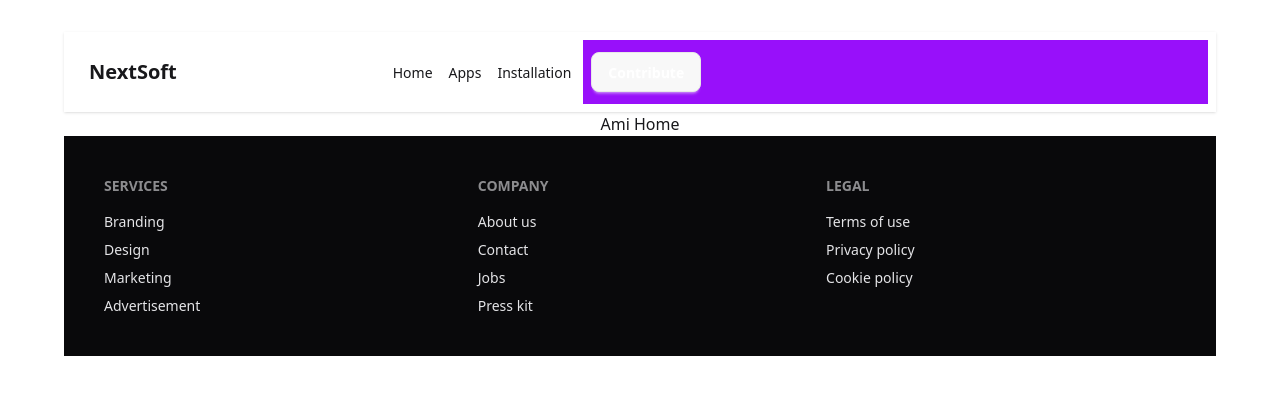
Repository: chayanatik1994/NextSoft
Page: /
The author's editor kept a copy of each file at every save. The page is drawn from the files as they stood at one save, then again after the next save.
The browser window is 1280 px wide. The pictures show the whole page.
The project was rebuilt for these pictures with package versions that can differ from the ones it lists, and the page was loaded fresh each time. Also part of the build but not shown: vite.config.js, src/App.jsx, src/Pages/ErrorPage/ErrorPage.jsx.

Above is the page before, as saved 2025-10-11 03:30:50.

### index.html
<!doctype html>
<html lang="en">
  <head>
    <meta charset="UTF-8" />
    <link rel="icon" type="image/svg+xml" href="/vite.svg" />
    <meta name="viewport" content="width=device-width, initial-scale=1.0" />
    <title>nextsoft</title>
  </head>
  <body>
    <div id="root"></div>
    <script type="module" src="/src/main.jsx"></script>
  </body>
</html>

### src/main.jsx
import { StrictMode } from 'react'
import { createRoot } from 'react-dom/client'
import './index.css'
import App from './App.jsx'
import { router } from './Routes/Routes.jsx'
import { RouterProvider } from 'react-router';

createRoot(document.getElementById('root')).render(
  <StrictMode>
    <RouterProvider router={router} />
  </StrictMode>
)

### src/Routes/Routes.jsx
import React from 'react';
import {
  createBrowserRouter,
} from 'react-router';
import Root from '../Pages/Root/Root';
import ErrorPage from '../Pages/ErrorPage/ErrorPage';
import Home from '../Pages/Home/Home';

export const router = createBrowserRouter([
  {
    path: "/",
    Component: Root,
    errorElement: <ErrorPage/>,
    children :[
        {
            index :true,
            path : "/",
            Component :Home
        }
    ]

  },
]);

### src/Pages/Root/Root.jsx
import React from 'react';
import Navbar from '../../Components/Header/Footer/Navbar';
import { Outlet } from 'react-router';
import Footer from '../../Components/Header/Footer/Footer';

const Root = () => {
    return (
        <div className='max-w-6xl mx-auto'>
            <Navbar/>
            <Outlet/>
            <Footer/>
        </div>
    );
};

export default Root;

### src/Pages/Home/Home.jsx
import React from 'react';

const Home = () => {
    return (
        <div>
            <h1>Ami Home</h1>
        </div>
    );
};

export default Home;

### src/Components/Header/Footer/Navbar.jsx
import React from 'react';

const Navbar = () => {
    const links = <>
    <li className='m-2'>Home</li>
    <li className='m-2'>Apps</li>
    <li className='m-2'>Installation</li>
    </>
    return (
      <div className="navbar bg-base-100 shadow-sm">
  <div className="navbar-start">
    <div className="dropdown">
      <div tabIndex={0} role="button" className="btn btn-ghost lg:hidden">
        <svg xmlns="http://www.w3.org/2000/svg" className="h-5 w-5" fill="none" viewBox="0 0 24 24" stroke="currentColor"> <path strokeLinecap="round" strokeLinejoin="round" strokeWidth="2" d="M4 6h16M4 12h8m-8 6h16" /> </svg>
      </div>
      <ul
        tabIndex={0}
        className="menu menu-sm dropdown-content bg-base-100 rounded-box z-1 mt-3 w-52 p-2 shadow">
        {links}
      </ul>
    </div>
    <a className="btn btn-ghost text-xl">NextSoft</a>
  </div>
  <div className="navbar-center hidden lg:flex">
    <ul className="menu menu-horizontal px-1">
     {links}
    </ul>
  </div>
   <div className="navbar bg-purple-600 font-black">
  <a href="https://github.com/chayanatik1994/NextSoft" className="btn text-white px-4 py-2 rounded-lg hover:bg-purple-700 transition-colors">Contribute</a>
</div>
</div>
    );
};

export default Navbar;

### src/Components/Header/Footer/Footer.jsx
import React from 'react';

const Footer = () => {
    return (
        <footer className="footer sm:footer-horizontal bg-neutral text-neutral-content p-10">
  <nav>
    <h6 className="footer-title">Services</h6>
    <a className="link link-hover">Branding</a>
    <a className="link link-hover">Design</a>
    <a className="link link-hover">Marketing</a>
    <a className="link link-hover">Advertisement</a>
  </nav>
  <nav>
    <h6 className="footer-title">Company</h6>
    <a className="link link-hover">About us</a>
    <a className="link link-hover">Contact</a>
    <a className="link link-hover">Jobs</a>
    <a className="link link-hover">Press kit</a>
  </nav>
  <nav>
    <h6 className="footer-title">Legal</h6>
    <a className="link link-hover">Terms of use</a>
    <a className="link link-hover">Privacy policy</a>
    <a className="link link-hover">Cookie policy</a>
  </nav>
</footer>
    );
};

export default Footer;

Loaded but not shown: src/index.css (common file); src/App.css (common file)

After the next save:
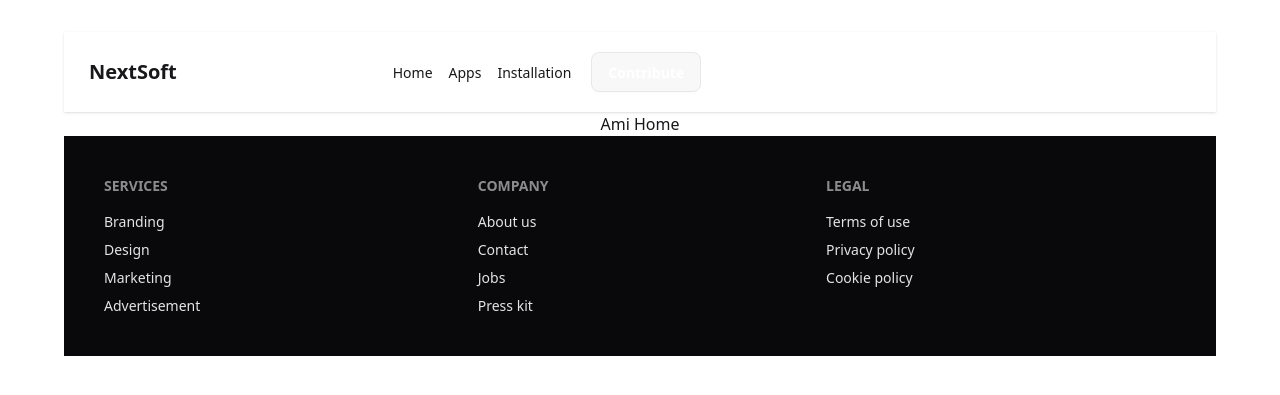
Saved 17 s later.
--- a/src/Components/Header/Footer/Navbar.jsx
+++ b/src/Components/Header/Footer/Navbar.jsx
@@ -26,7 +26,7 @@
      {links}
     </ul>
   </div>
-   <div className="navbar bg-purple-600 font-black">
+   <div className="navbar font-black">
   <a href="https://github.com/chayanatik1994/NextSoft" className="btn text-white px-4 py-2 rounded-lg hover:bg-purple-700 transition-colors">Contribute</a>
 </div>
 </div>
